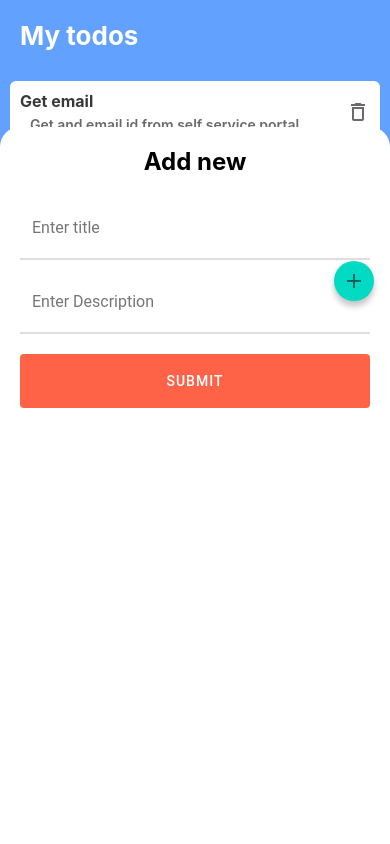
Repository: sadarsh216/Todo-App
Page: /, after clicking the first element matching `button.css-view-175oi2r`
An editor plug-in stored every save of this project. The page is shown before and after the next save, followed by the edit.
The browser window is 390 px wide. The pictures show the whole page.
The app was drawn by React Native's web renderer in a window 390 px wide. The project was rebuilt for these pictures with package versions that can differ from the ones it lists, and the page was loaded fresh each time.

Above is the page before, as saved 2021-10-09 14:36:40.

After the next save:
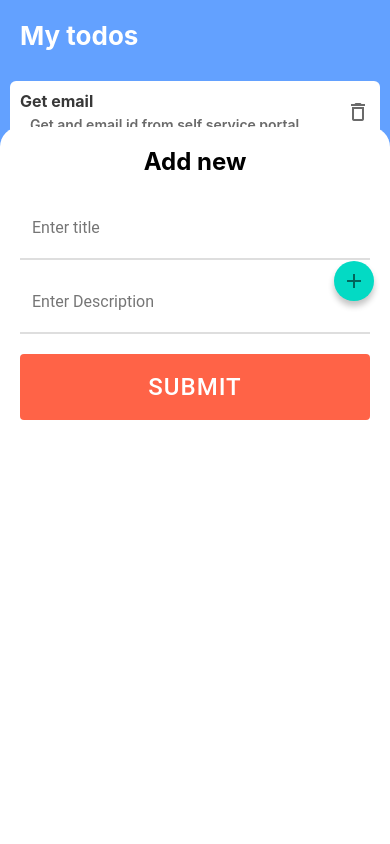
Saved 17 s later.
--- a/components/Modal.tsx
+++ b/components/Modal.tsx
@@ -28,7 +28,7 @@ export default function Modal() {
               value={props.values.title}
             />
             <Button style={styles.submitBtn} color="white">
-              <Text>Submit</Text>
+              <Text style={{fontSize:24}}>Submit</Text>
             </Button>
           </View>
         )}
